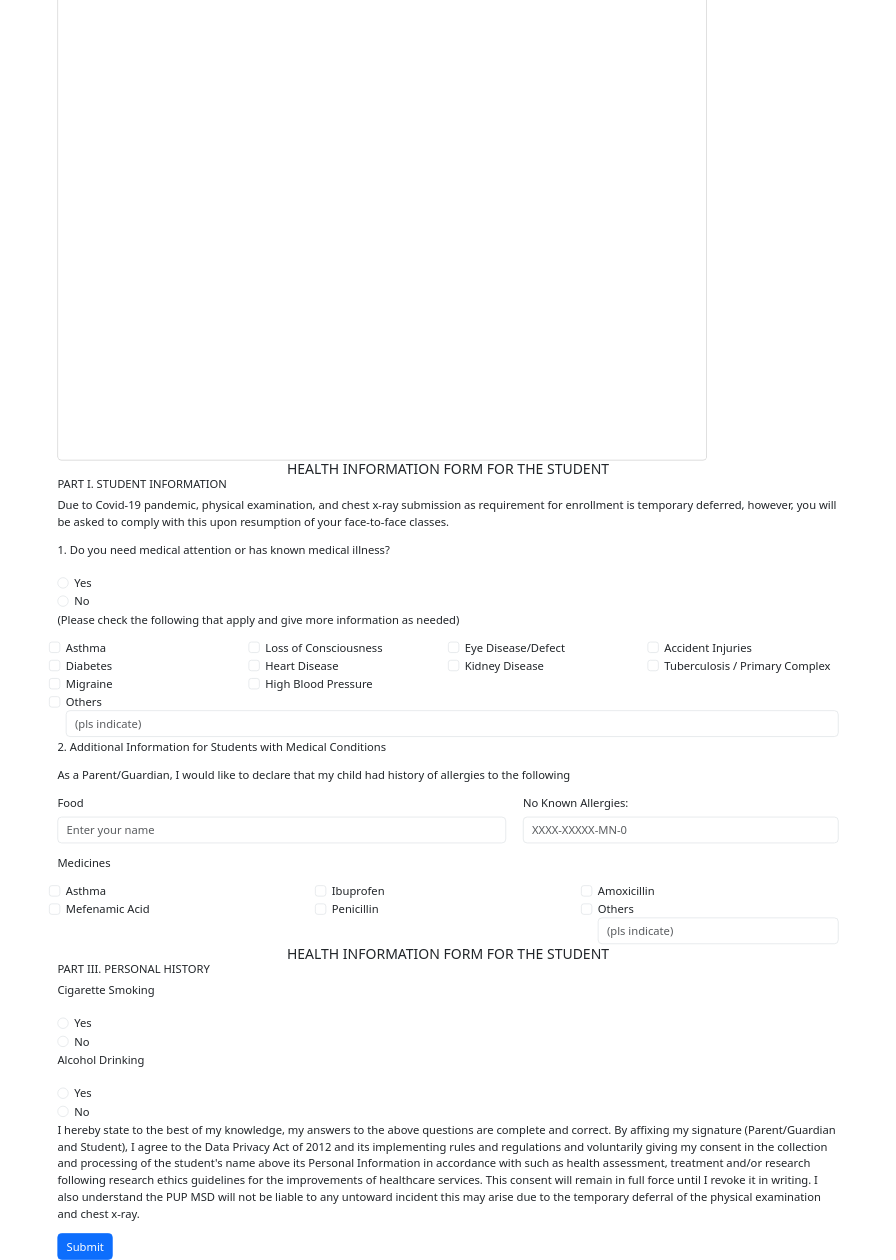
Repository: Nicktacku/webdev
Page: form.html
An editor plug-in stored every save of this project. The page is shown before and after the next save, followed by the edit.
The browser window is 1280 px wide. The pictures show the part of the page from y = 1054 to 2974 px (the page is 2854 px tall before and 2974 px after), at 70% of full size.

Above is the page before, as saved 2024-07-15 19:14:21.

### form.html
<!DOCTYPE html>
<html lang="en">
  <head>
    <meta charset="UTF-8" />
    <meta name="viewport" content="width=device-width, initial-scale=1.0" />
    <title>Document</title>
    <link
      href="https://cdn.jsdelivr.net/npm/bootstrap@5.3.3/dist/css/bootstrap.min.css"
      rel="stylesheet"
      integrity="sha384-QWTKZyjpPEjISv5WaRU9OFeRpok6YctnYmDr5pNlyT2bRjXh0JMhjY6hW+ALEwIH"
      crossorigin="anonymous"
    />
  </head>
  <body>
    <!-- Navbar -->
    <nav class="navbar navbar-expand-lg bg-body-tertiary">
        <div class="container-fluid">
          <a class="navbar-brand" href="#">PUP</a>
          <button
            class="navbar-toggler"
            type="button"
            data-bs-toggle="collapse"
            data-bs-target="#navbarSupportedContent"
            aria-controls="navbarSupportedContent"
            aria-expanded="false"
            aria-label="Toggle navigation"
          >
            <span class="navbar-toggler-icon"></span>
          </button>
          <div class="collapse navbar-collapse" id="navbarSupportedContent">
            <ul class="navbar-nav me-auto mb-2 mb-lg-0">
              <li class="nav-item">
                <a class="nav-link active" aria-current="page" href="#">Home</a>
              </li>
              <li class="nav-item">
                <a class="nav-link" href="#">Link</a>
              </li>

              <a class="btn btn-primary" href="form.html" role="button">Link</a>
          </div>
        </div>
      </nav>

    <div
      class="container mt-2 pt-5"
    >


    <div class="card" style="width: 58rem; height: 100rem">

        <!-- section 1 -->
        <div class="card-body" id="section-1">
          <h5 class="card-title d-flex justify-content-center">HEALTH INFORMATION FORM FOR THE STUDENT</h5>
          <h6 class="card-text">PART I. STUDENT INFORMATION</h6>
          <p class="card-text">Due to Covid-19 pandemic, physical examination, and chest x-ray submission as requirement for enrollment is
            temporary deferred, however, you will be asked to comply with this upon resumption of your face-to-face classes.</p>

            <div class="row">
                <div class="col-8">
                    <div class="mb-3">
                        <label for="name" class="form-label">Name</label>
                        <input type="text" class="form-control" id="name-input" placeholder="Enter your name">
                      </div>
                </div>
                <div class="col">
                    <div class="mb-3">
                        <label for="name" class="form-label">PUP Student No.</label>
                        <input type="text" class="form-control" id="name-input" placeholder="XXXX-XXXXX-MN-0">
                      </div>
                </div>
            </div>

            <div class="row">
                <div class="col-8">
                    <div class="mb-3">
                        <label for="name" class="form-label">Home Address</label>
                        <input type="text" class="form-control" id="name-input" placeholder="Enter your name">
                      </div>
                </div>
                <div class="col">
                    <div class="mb-3">
                        <label for="name" class="form-label">School Year</label>
                        <input type="text" class="form-control" id="name-input" placeholder="XXXX-XXXXX-MN-0">
                      </div>
                </div>
            </div>

            <div class="row">
                <div class="col-3">
                    <div class="mb-3">
                        <label for="name" class="form-label">Age</label>
                        <input type="text" class="form-control" id="name-input" placeholder="Enter your name">
                      </div>
                </div>
                <div class="col-3">
                    <div class="mb-3">
                        <label for="name" class="form-label">Sex</label>
                        <input type="text" class="form-control" id="name-input" placeholder="Enter your name">
                      </div>
                </div>
                <div class="col-3">
                    <div class="mb-3">
                        <label for="name" class="form-label">Civil Status</label>
                        <input type="text" class="form-control" id="name-input" placeholder="Enter your name">
                      </div>
                </div>
                <div class="col">
                    <div class="mb-3">
                        <label for="name" class="form-label">Course/College</label>
                        <input type="text" class="form-control" id="name-input" placeholder="XXXX-XXXXX-MN-0">
                      </div>
                </div>
            </div>

            <div class="row">
                <div class="col-6">
                    <div class="mb-3">
                        <label for="name" class="form-label">Blood Type</label>
                        <input type="text" class="form-control" id="name-input" placeholder="Enter your name">
                      </div>
                </div>
                <div class="col">
                    <div class="mb-3">
                        <label for="name" class="form-label">Email Address</label>
                        <input type="text" class="form-control" id="name-input" placeholder="XXXX-XXXXX-MN-0">
                      </div>
                </div>
            </div>

            <div class="row">
                <div class="col">
                    <div class="mb-3">
                        <label for="name" class="form-label">Parent's Name / Guardian / Spouse:</label>
                        <input type="text" class="form-control" id="name-input" placeholder="Enter your name">
                      </div>
                </div>
            </div>

            <div class="row">
                <div class="col-6">
                    <div class="mb-3">
                        <label for="name" class="form-label">Landline</label>
                        <input type="text" class="form-control" id="name-input" placeholder="Enter your name">
                      </div>
                </div>
                <div class="col">
                    <div class="mb-3">
                        <label for="name" class="form-label">Cellphone</label>
                        <input type="text" class="form-control" id="name-input" placeholder="XXXX-XXXXX-MN-0">
                      </div>
                </div>
            </div>

          <a href="#" class="btn btn-primary">Next Page</a>
        </div>
      </div>

      <!-- Section 2 -->
      <div class="card-body" id="section-2">
        <h5 class="card-title d-flex justify-content-center">HEALTH INFORMATION FORM FOR THE STUDENT</h5>
        <h6 class="card-text">PART I. STUDENT INFORMATION</h6>
        <p class="card-text">Due to Covid-19 pandemic, physical examination, and chest x-ray submission as requirement for enrollment is
          temporary deferred, however, you will be asked to comply with this upon resumption of your face-to-face classes.</p>

          <div class="row">
            <div class="col-12">
                <div class="mb-3">
                    <label for="name" class="form-label">1. Do you need medical attention or has known medical illness?</label>
                </div>
                <div class="form-check">
                    <input class="form-check-input" type="radio" name="flexRadioDefault" id="flexRadioDefault1">
                    <label class="form-check-label" for="flexRadioDefault1">
                      Yes
                    </label>
                  </div>
                  <div class="form-check">
                    <input class="form-check-input" type="radio" name="flexRadioDefault" id="flexRadioDefault2">
                    <label class="form-check-label" for="flexRadioDefault2">
                      No
                    </label>
                  </div>

                  <div class="row">
                    <p class="col-12">(Please check the following that apply and give more information as needed)</p>
                    <div class="form-check col-3">
                        <input class="form-check-input" type="checkbox" value="" id="flexCheckDefault">
                        <label class="form-check-label" for="flexCheckDefault">
                          Asthma
                    </label>
                    </div>
                    <div class="form-check col-3">
                        <input class="form-check-input" type="checkbox" value="" id="flexCheckDefault">
                        <label class="form-check-label" for="flexCheckDefault">
                            Loss of Consciousness
                    </label>
                    </div>
                    <div class="form-check col-3">
                        <input class="form-check-input" type="checkbox" value="" id="flexCheckDefault">
                        <label class="form-check-label" for="flexCheckDefault">
                            Eye Disease/Defect
                    </label>
                    </div>
                    <div class="form-check col-3">
                        <input class="form-check-input" type="checkbox" value="" id="flexCheckDefault">
                        <label class="form-check-label" for="flexCheckDefault">
                            Accident Injuries
                    </label>
                    </div>
                    <div class="form-check col-3">
                        <input class="form-check-input" type="checkbox" value="" id="flexCheckDefault">
                        <label class="form-check-label" for="flexCheckDefault">
                            Diabetes
                    </label>
                    </div>
                    <div class="form-check col-3">
                        <input class="form-check-input" type="checkbox" value="" id="flexCheckDefault">
                        <label class="form-check-label" for="flexCheckDefault">
                            Heart Disease
                    </label>
                    </div>
                    <div class="form-check col-3">
                        <input class="form-check-input" type="checkbox" value="" id="flexCheckDefault">
                        <label class="form-check-label" for="flexCheckDefault">
                            Kidney Disease
                    </label>
                    </div>
                    <div class="form-check col-3">
                        <input class="form-check-input" type="checkbox" value="" id="flexCheckDefault">
                        <label class="form-check-label" for="flexCheckDefault">
                            Tuberculosis / Primary Complex
                    </label>
                    </div>
                    <div class="form-check col-3">
                        <input class="form-check-input" type="checkbox" value="" id="flexCheckDefault">
                        <label class="form-check-label" for="flexCheckDefault">
                            Migraine
                    </label>
                    </div>
                    <div class="form-check col-3">
                        <input class="form-check-input" type="checkbox" value="" id="flexCheckDefault">
                        <label class="form-check-label" for="flexCheckDefault">
                            High Blood Pressure
                    </label>
                    </div>
                    <div class="form-check col-12">
                        <input class="form-check-input" type="checkbox" value="" id="flexCheckDefault">
                        <label class="form-check-label" for="flexCheckDefault">
                            Others
                        </label>
                        <input type="text" class="form-control" id="name-input" placeholder="(pls indicate)">
                    </div>
                  </div>
            </div>

            <div class="col">
                <p>2. Additional Information for Students with Medical Conditions</p>
                <p>As a Parent/Guardian, I would like to declare that my child had history of allergies to the following</p>

                <div class="row">
                    <div class="col-7">
                        <div class="mb-3">
                            <label for="name" class="form-label">Food</label>
                            <input type="text" class="form-control" id="name-input" placeholder="Enter your name">
                          </div>
                    </div>
                    <div class="col-5">
                        <div class="mb-3">
                            <label for="name" class="form-label">No Known Allergies:</label>
                            <input type="text" class="form-control" id="name-input" placeholder="XXXX-XXXXX-MN-0">
                          </div>
                    </div>

                        <p class="col-12">Medicines</p>
                        <div class="form-check col-4">
                            <input class="form-check-input" type="checkbox" value="" id="flexCheckDefault">
                            <label class="form-check-label" for="flexCheckDefault">
                              Asthma
                        </label>
                        </div>
                        <div class="form-check col-4">
                            <input class="form-check-input" type="checkbox" value="" id="flexCheckDefault">
                            <label class="form-check-label" for="flexCheckDefault">
                              Ibuprofen
                        </label>
                        </div>
                        <div class="form-check col-4">
                            <input class="form-check-input" type="checkbox" value="" id="flexCheckDefault">
                            <label class="form-check-label" for="flexCheckDefault">
                            Amoxicillin
                        </label>
                        </div>

                        <div class="form-check col-4">
                            <input class="form-check-input" type="checkbox" value="" id="flexCheckDefault">
                            <label class="form-check-label" for="flexCheckDefault">
                                Mefenamic Acid
                        </label>
                        </div>
                        <div class="form-check col-4">
                            <input class="form-check-input" type="checkbox" value="" id="flexCheckDefault">
                            <label class="form-check-label" for="flexCheckDefault">
                                Penicillin
                        </label>
                        </div>
                        <div class="form-check col-4">
                            <input class="form-check-input" type="checkbox" value="" id="flexCheckDefault">
                            <label class="form-check-label" for="flexCheckDefault">
                            Others
                            </label>
                            <input type="text" class="form-control" id="name-input" placeholder="(pls indicate)">
                        </div>
                </div>

            </div>

          </div>


      </div>

      <!-- section 1 -->
      <div class="card-body" id="section-1">
        <h5 class="card-title d-flex justify-content-center">HEALTH INFORMATION FORM FOR THE STUDENT</h5>
        <h6 class="card-text">PART III. PERSONAL HISTORY</h6>
        <div class="mb-3">
            <label for="name" class="form-label">Cigarette Smoking</label>
        </div>
        <div class="form-check">
            <input class="form-check-input" type="radio" name="flexRadioDefault" id="flexRadioDefault1">
            <label class="form-check-label" for="flexRadioDefault1">
              Yes
            </label>
          </div>
          <div class="form-check">
            <input class="form-check-input" type="radio" name="flexRadioDefault" id="flexRadioDefault2">
            <label class="form-check-label" for="flexRadioDefault2">
              No
            </label>
          </div>
        </div>
        <div class="mb-3">
            <label for="name" class="form-label">Alcohol Drinking</label>
        </div>
        <div class="form-check">
            <input class="form-check-input" type="radio" name="flexRadioDefault" id="flexRadioDefault1">
            <label class="form-check-label" for="flexRadioDefault1">
              Yes
            </label>
          </div>
          <div class="form-check">
            <input class="form-check-input" type="radio" name="flexRadioDefault" id="flexRadioDefault2">
            <label class="form-check-label" for="flexRadioDefault2">
              No
            </label>
          </div>

          <p>I hereby state to the best of my knowledge, my answers to the above questions are complete and correct.

            By affixing my signature (Parent/Guardian and Student), I agree to the Data Privacy Act of 2012 and its implementing
            rules and regulations and voluntarily giving my consent in the collection and processing of the student's name above
            its Personal Information in accordance with such as health assessment, treatment and/or research following research
            ethics guidelines for the improvements of healthcare services. This consent will remain in full force until I revoke it in
            writing. I also understand the PUP MSD will not be liable to any untoward incident this may arise due to the
            temporary deferral of the physical examination and chest x-ray.</p>
        <a href="#" class="btn btn-primary">Submit</a>

    </div>


    <script
      src="https://cdn.jsdelivr.net/npm/bootstrap@5.3.3/dist/js/bootstrap.bundle.min.js"
      integrity="sha384-YvpcrYf0tY3lHB60NNkmXc5s9fDVZLESaAA55NDzOxhy9GkcIdslK1eN7N6jIeHz"
      crossorigin="anonymous"
    ></script>
  </body>
</html>

After the next save:
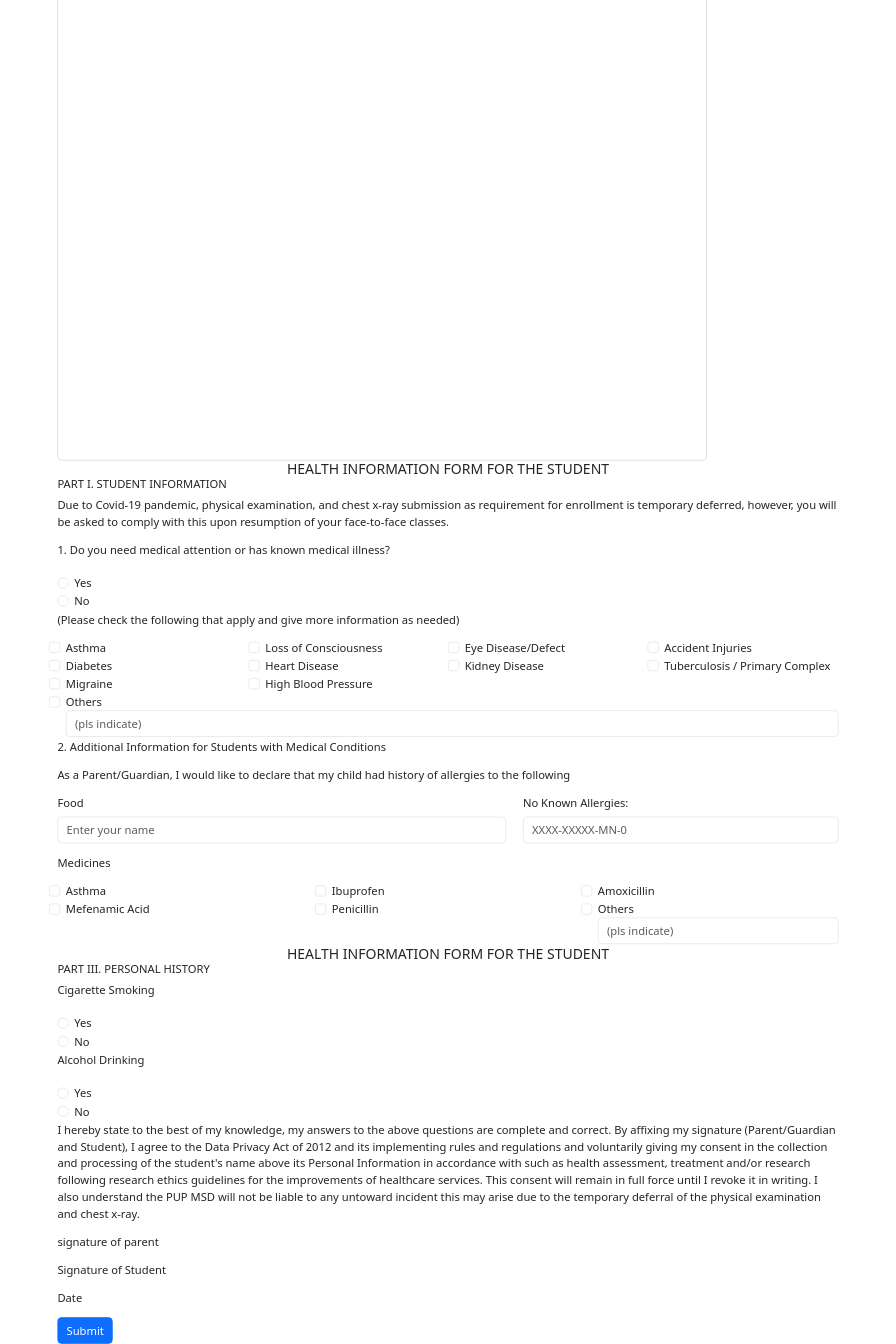
Saved 78 s later.
--- a/form.html
+++ b/form.html
@@ -362,6 +362,10 @@
             ethics guidelines for the improvements of healthcare services. This consent will remain in full force until I revoke it in
             writing. I also understand the PUP MSD will not be liable to any untoward incident this may arise due to the
             temporary deferral of the physical examination and chest x-ray.</p>
+
+            <p>signature of parent</p>
+            <p>Signature of Student</p>
+            <p>Date</p>
         <a href="#" class="btn btn-primary">Submit</a>
 
     </div>
